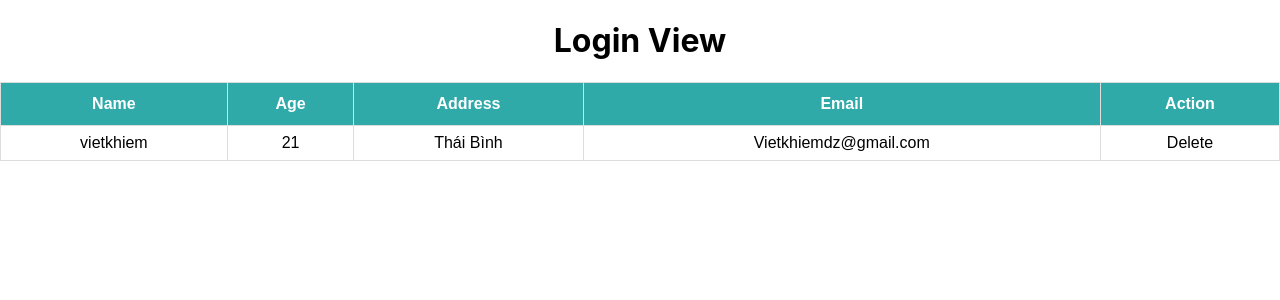
Repository: vietkhiem/TypeScript
Page: /
An editor plug-in stored every save of this project. The page is shown before and after the next save, followed by the edit.
The browser window is 1280 px wide. The pictures show the whole page.
The project was rebuilt for these pictures with package versions that can differ from the ones it lists, and the page was loaded fresh each time.

Above is the page before, as saved 2022-03-16 17:37:09.

### src/App.tsx
import React from 'react';
import './App.css';
import Login from './pages/login';
import TableCustom from './pages/table';


function App() {
  const students = [
    {
      name: 'vietkhiem',
      age: 21,
      address: 'Thái Bình',
      email: 'Vietkhiemdz@gmail.com',
      action: 'Delete'
    }
  ]
  return (
    <div className="App">
      {/* thêm view login vào trong App.tsx */}
        <Login />
        {/* thêm components table vào app */}
        <TableCustom rows={students} />

    </div>
  );
}

export default App;

### src/App.css
.App {
  text-align: center;
}

.App-logo {
  height: 40vmin;
  pointer-events: none;
}

@media (prefers-reduced-motion: no-preference) {
  .App-logo {
    animation: App-logo-spin infinite 20s linear;
  }
}

.App-header {
  background-color: #282c34;
  min-height: 100vh;
  display: flex;
  flex-direction: column;
  align-items: center;
  justify-content: center;
  font-size: calc(10px + 2vmin);
  color: white;
}

.App-link {
  color: #61dafb;
}

@keyframes App-logo-spin {
  from {
    transform: rotate(0deg);
  }
  to {
    transform: rotate(360deg);
  }
}
.customers {
  font-family: Arial, Helvetica, sans-serif;
  border-collapse: collapse;
  width: 100%;
}

.customers td, .customers th {
  border: 1px solid #ddd;
  padding: 8px;
}

.customers tr:nth-child(even){background-color: #f2f2f2;}

.customers tr:hover {background-color: #ddd;}

.customers th {
  padding-top: 12px;
  padding-bottom: 12px;
  text-align: center;
  background-color: rgb(48, 169, 169);
  color: white;
}

### src/pages/login/index.tsx
import React from 'react'

export default function Login() {
  return (
    <h1>Login View</h1>
  )
}

### src/pages/table/index.tsx
import React from "react";

type row = {
  name: string,
  age: number,
  address: string,
  email: string,
  action:string
}
type TableProps = {
  rows: row[]
}
function Table({rows} : TableProps) {
    return (
      <table className="customers">
          <thead>
              <th>Name</th>
              <th>Age</th>
              <th>Address</th>
              <th>Email</th>
              <th>Action</th>
          </thead>
          <tbody>
              {
                rows.map(row => (
                  <tr>
                    <td>{row.name}</td>
                    <td>{row.age}</td>
                    <td>{row.address}</td>
                    <td>{row.email}</td>
                    <td>{row.action}</td>
                  </tr>
                ))
              }
          </tbody>
        </table>
    );
}
export default Table;

Loaded but not shown: public/index.html (common file); src/index.tsx (common file); src/index.css (common file); src/reportWebVitals.ts (common file)

After the next save:
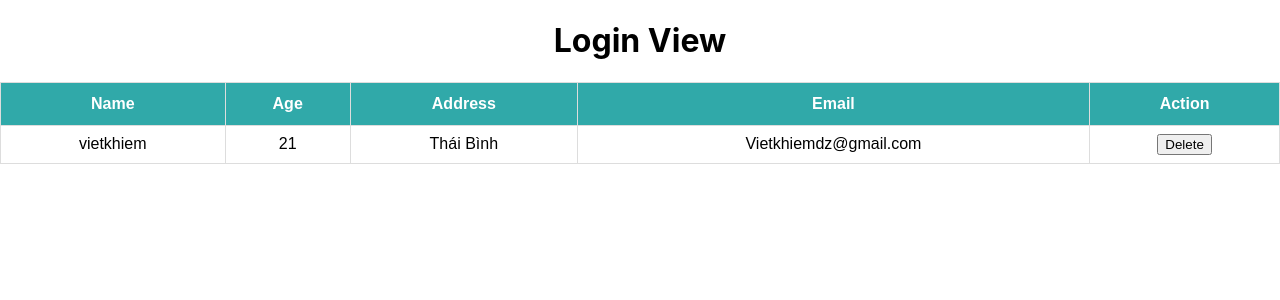
Saved 26 s later.
--- a/src/pages/table/index.tsx
+++ b/src/pages/table/index.tsx
@@ -28,7 +28,9 @@ function Table({rows} : TableProps) {
                     <td>{row.age}</td>
                     <td>{row.address}</td>
                     <td>{row.email}</td>
-                    <td>{row.action}</td>
+                    <td>
+                      <button>{row.action}</button>
+                    </td>
                   </tr>
                 ))
               }
